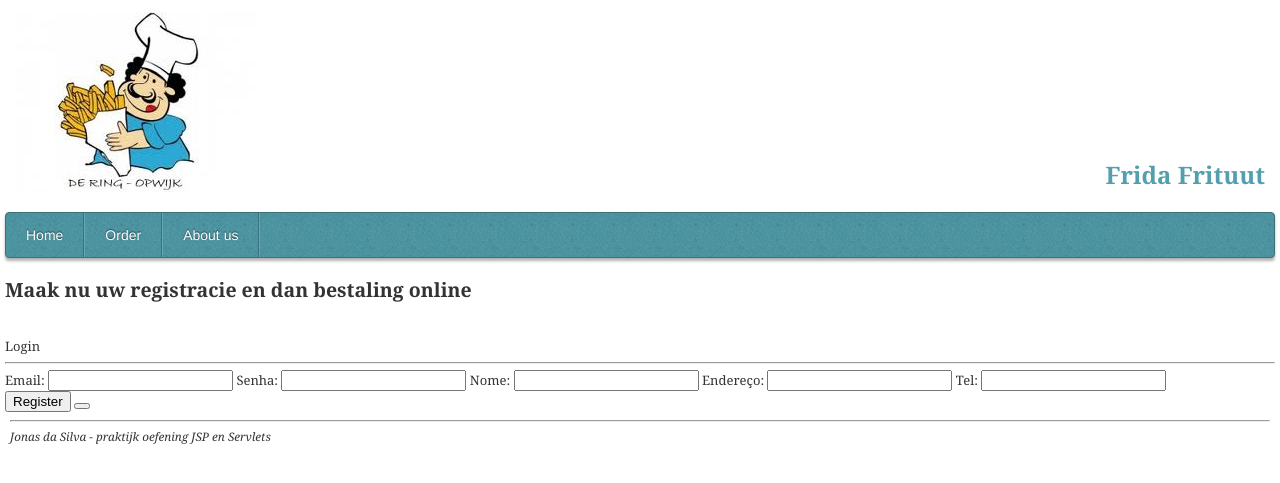
Repository: Projetos-intec/workspace-JavaWebJSP
Page: http://localhost/FrituurFrida/othert.jsp
An editor plug-in stored every save of this project. The page is shown before and after the next save, followed by the edit.
The browser window is 1280 px wide. The pictures show the whole page.
The page is served by Tomcat 9. Other server files are loaded and not shown.

Above is the page before, as saved 2014-09-18 08:16:30.

### FrituurFrida/WebContent/othert.jsp
<%@ page language="java" contentType="text/html; charset=ISO-8859-1"
	pageEncoding="ISO-8859-1"%>
<!DOCTYPE html PUBLIC "-//W3C//DTD HTML 4.01 Transitional//EN" "http://www.w3.org/TR/html4/loose.dtd">
<html>
<head>
<head>
<meta http-equiv="Content-Type" content="text/html; charset=ISO-8859-1">
<title>Welkom bij Frituur Frida</title>
<link rel='stylesheet' href='styles/default.css' />
</head>
<body>
	<header>
	<div id='logo'>
		<img src='images/logo.jpg' alt='Frituur Frida' />
	</div>
	<div id='demotitel'>

		<h1>Frida Frituut</h1>
	</div>
	</header>
	<nav>
	<ul>
		<li><a href='welkom'>Home</a></li>
		<li><a href='order.jsp'>Order</a></li>
		<li><a href='aboutus.jsp'>About us</a></li>
	</ul>
	</nav>
	<article>
	<h2>Maak nu uw registracie en dan bestaling online</h2>
	<br />
	Login
	<hr />
	<form action="AddUsuario" method="POST">
		Email: <input type="email" name="email" />
		Senha: <input type="password" name="senha" />
		Nome: <input type="text" name="email" />
		Endereço: <input type="text" name="endreco" />
		Tel: <input type="text" name="endreco" />
		<br />  <input type="button" value="Register" name="regs"  />
			<a><button></button></a>
	</form>

	<footer>
	<hr />
	Jonas da Silva - praktijk oefening JSP en Servlets </footer>
</body>
</html>

### FrituurFrida/WebContent/styles/default.css
body {
	font-family: Georgia, "Times New Roman", Times, serif;
	font-size: 13px;
	color: #333;
	background-color: #FFF;
	margin: 0;
	padding: 0;
}

p {
	padding: 10px;
}

h1 {
	font-size: 24px;
	color: #539FAD;
}

table {
	margin: 1em 0;
	border-collapse: collapse;

}

table caption {
	text-align: left;
	font-weight: bold;
	padding: 0 0 .3em;
	color: #003d5d;
}

table td,table th {
	text-align: left;
	border: 1px solid #b1d2e4;
	padding: 3px 20px;
	vertical-align: top;
}

table th {
	font-weight: bold;
    background: #EEE url(pattern.png) top left repeat;
}

table thead th {
	background: #ecf7fd;
}

header {
	height: 200px;
}

nav {
	width: auto;
	margin: 0 5px 0 5px;
}

nav ul,
nav li nav a {
  list-style: none;
  margin: 0;
  padding: 0;
  border: 0;
  font-size: 14px;
  font-family: Helvetica;
  line-height: 1;
}

nav ul {
  zoom: 1;
  background: #539fad url(pattern.png) top left repeat;
  -webkit-border-radius: 4px;
  -moz-border-radius: 4px;
  border-radius: 4px;
  border: 1px solid #3a707a;
  -moz-box-shadow: 0 3px 3px rgba(0, 0, 0, 0.3);
  -webkit-box-shadow: 0 3px 3px rgba(0, 0, 0, 0.3);
  box-shadow: 0 3px 3px rgba(0, 0, 0, 0.3);
}
nav ul:before {
  content: '';
  display: block;
}
nav ul:after {
  content: '';
  display: table;
  clear: both;
}
nav a,
nav a:link,
nav a:visited {
  padding: 15px 20px;
  display: block;
  text-decoration: none;
  color: #ffffff;
  text-shadow: 0 -1px 1px #214046;
  border-right: 1px solid #3a707a;
}
nav a:hover {
  color: #214046;
  text-shadow: 0 1px 1px #76b2bd;
}
nav li {
  float: left;
  border-right: 1px solid #64a9b5;
}
nav li:hover {
  background: #4a8f9c url(pattern.png) top left repeat;
}
nav li:first-child {
  border-left: none;
  -webkit-border-radius: 4px 0 0 4px;
  -moz-border-radius: 4px 0 0 4px;
  border-radius: 4px 0 0 4px;
}

header, article, footer {
	padding: 2px 5px 10px 5px;
}

footer {
	font-style: italic;
	font-size: 0.9em;
}

#logo {
	margin: 10px 0 -23px 10px;
	float: left;
}

#demotitel {
	margin: 140px 10px 0 0;
	float: right;

}

After the next save:
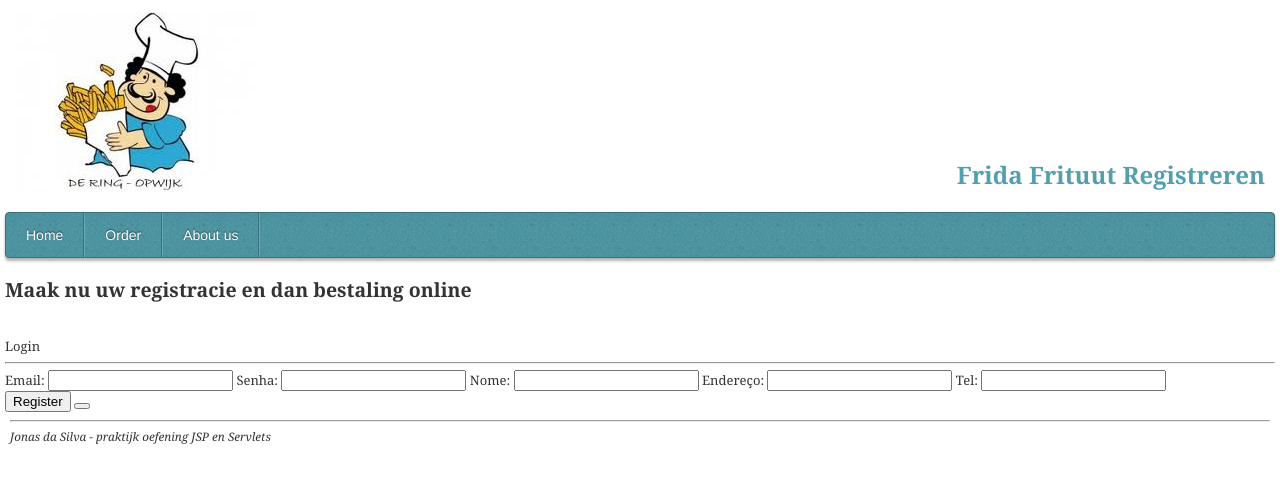
Saved 19 s later.
--- a/FrituurFrida/WebContent/othert.jsp
+++ b/FrituurFrida/WebContent/othert.jsp
@@ -15,7 +15,7 @@
 	</div>
 	<div id='demotitel'>
 
-		<h1>Frida Frituut</h1>
+		<h1>Frida Frituut Registreren</h1>
 	</div>
 	</header>
 	<nav>
